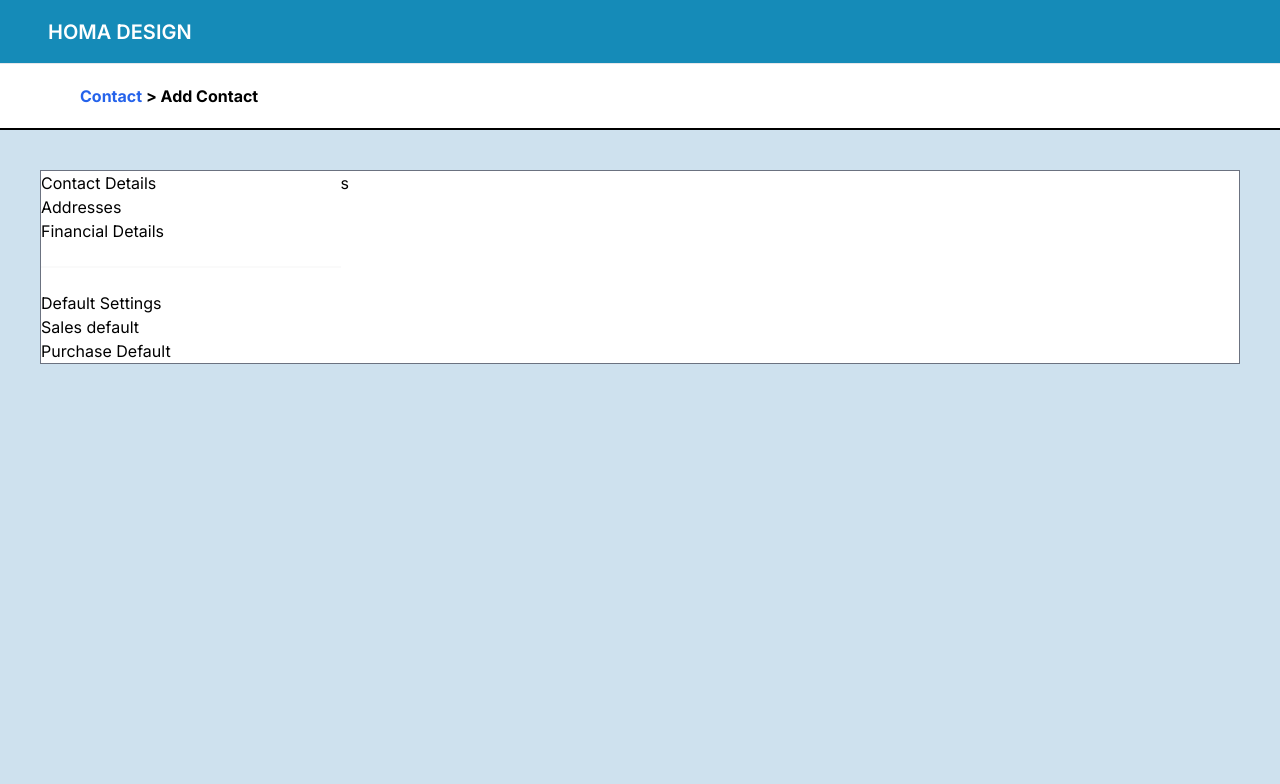
Repository: khairul35/homa-FE
Page: /contact, after clicking the first element matching `button.ml-5`
The author's editor kept a copy of each file at every save. The page is drawn from the files as they stood at one save, then again after the next save.
The browser window is 1280 px wide. The pictures show the whole page.
The project was rebuilt for these pictures with package versions that can differ from the ones it lists, and the page was loaded fresh each time. The framework's server and built-in components were replaced by stand-ins that run in the browser. Also part of the build but not shown: next.config.js, app/components/layout/header/BusinessMenu.tsx, app/components/layout/header/CompanyMenu.tsx.

Above is the page before, as saved 2024-01-06 11:23:20.

After the next save:
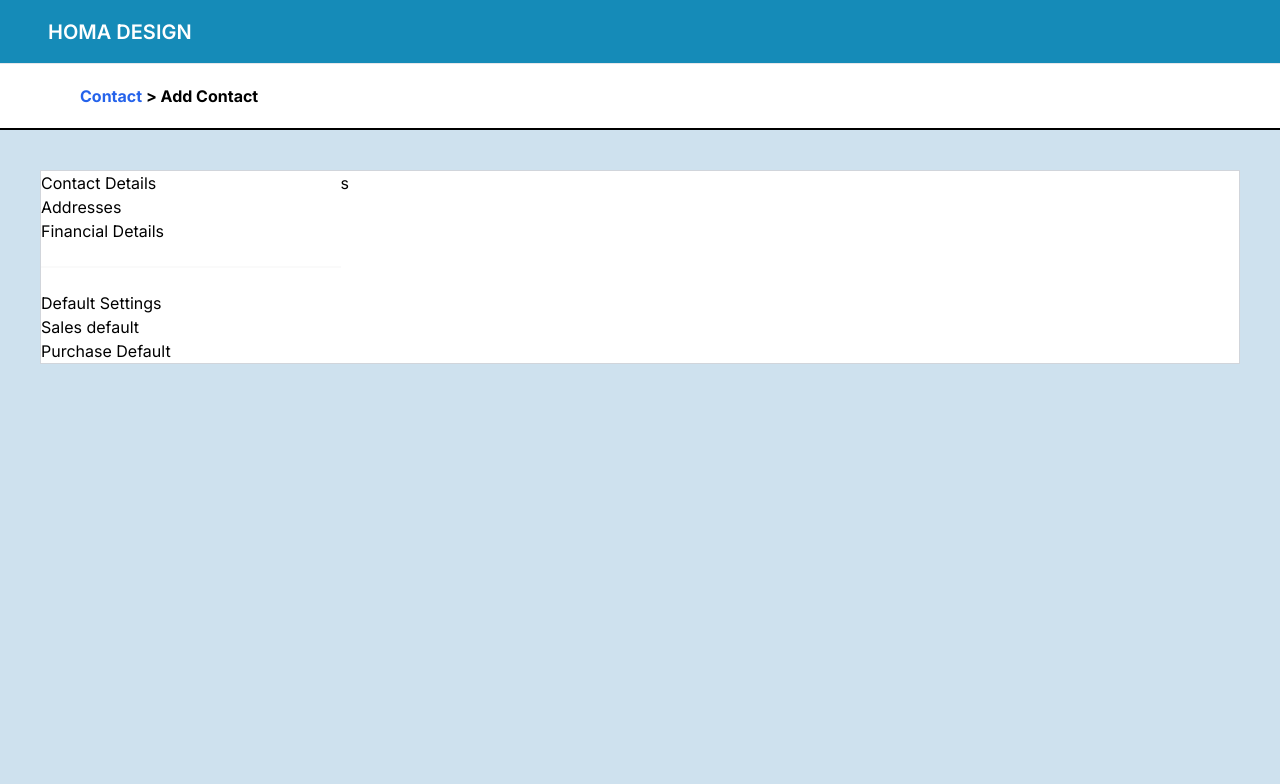
Saved 2 min 5 s later.
--- a/app/contact/form/index.component.tsx
+++ b/app/contact/form/index.component.tsx
@@ -21,7 +21,7 @@ const Component = (props: ComponentProps) => {
                     md:flex-row
                     bg-white
                     m-10
-                    border-gray-500
+                    border-gray-300
                     border-solid
                     border"
                 >
